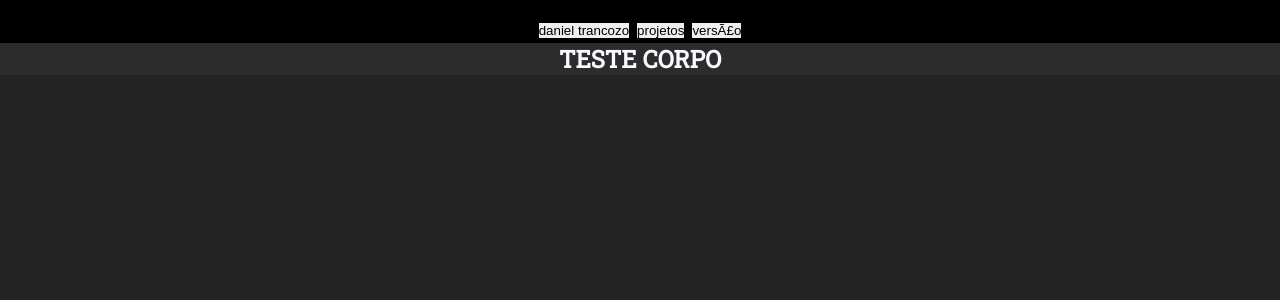
Repository: danieltrancozo/danieltrancozo.github.io
Page: index.html
These files come from the project's save history. The page is drawn as it stood at one moment and after the next save; the edit follows.
The browser window is 1280 px wide. The pictures show the whole page.

Above is the page before, as saved 2021-05-04 23:15:42.

After the next save:
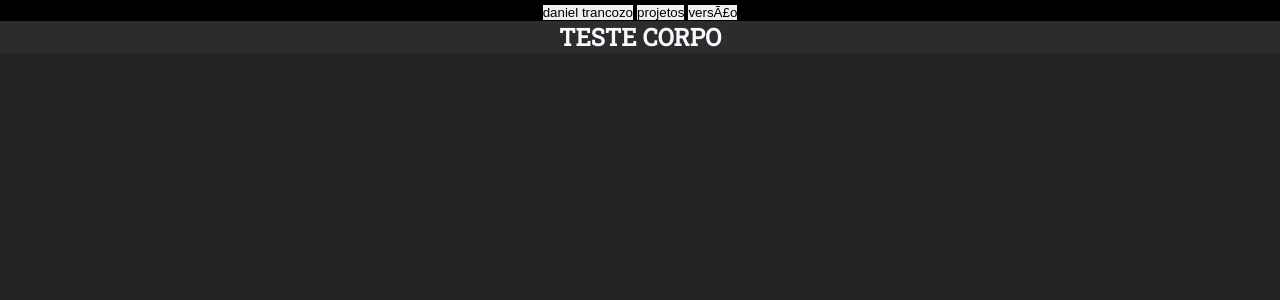
Saved 74 s later.
--- a/index.html
+++ b/index.html
@@ -17,15 +17,13 @@
 <body>
     <div class="container">
         <div class="cab">
-            <h1 style="text-transform: uppercase;">
-                <nav class="menu">
-                    <ul>
-                        <li><button>daniel trancozo</button></li>
-                        <li><button>projetos</button></li>
-                        <li><button>versão</button></li>
-                    </ul>
-                </nav>
-            </h1>
+            <nav class="menu">
+                <ul>
+                    <li><button>daniel trancozo</button></li>
+                    <li><button>projetos</button></li>
+                    <li><button>versão</button></li>
+                </ul>
+            </nav>
         </div>
         <div class="corp">
             <h2 style="text-transform: uppercase;">teste corpo</h2>
